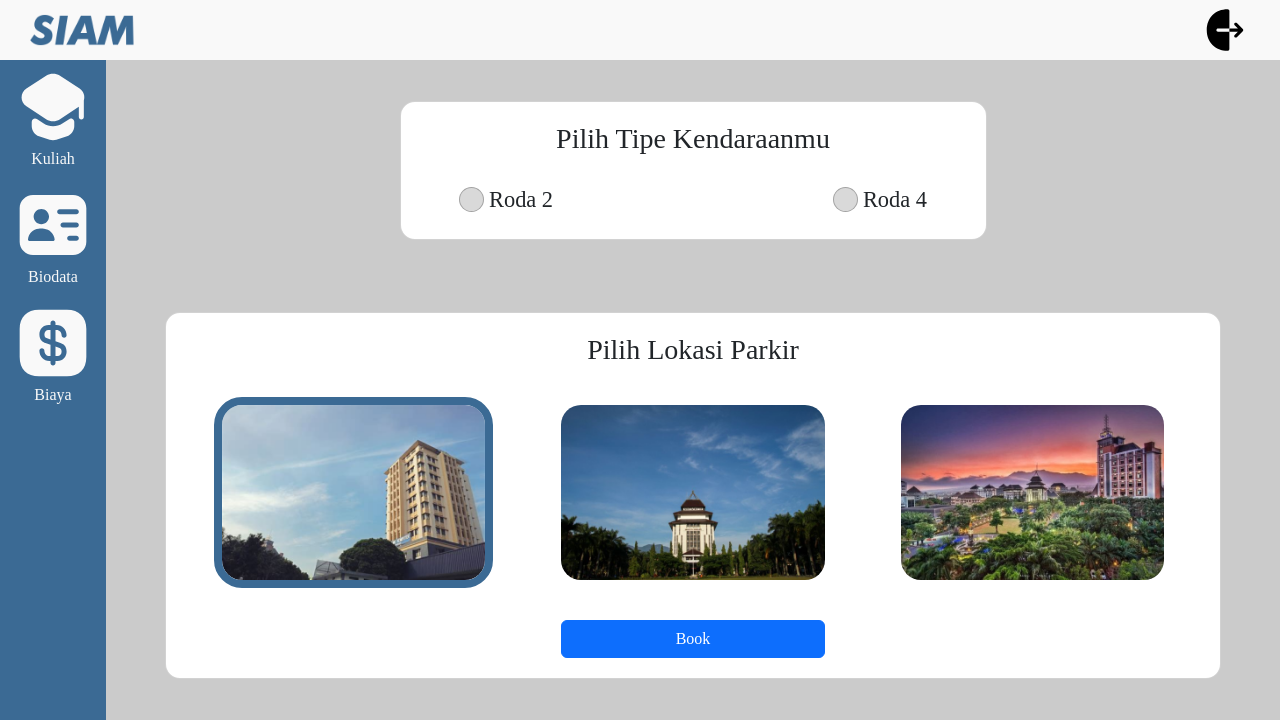
Repository: haikalirf/Project-IMK
Page: parkir.html
An editor plug-in stored every save of this project. The page is shown before and after the next save, followed by the edit.
The browser window is 1280 px wide. The pictures show the whole page.
After loading, the first visible `input.gambar-parkir` was clicked once.
Some web fonts or font styles are not loaded; a fallback is used.

Above is the page before, as saved 2022-12-12 23:58:44.

After the next save:
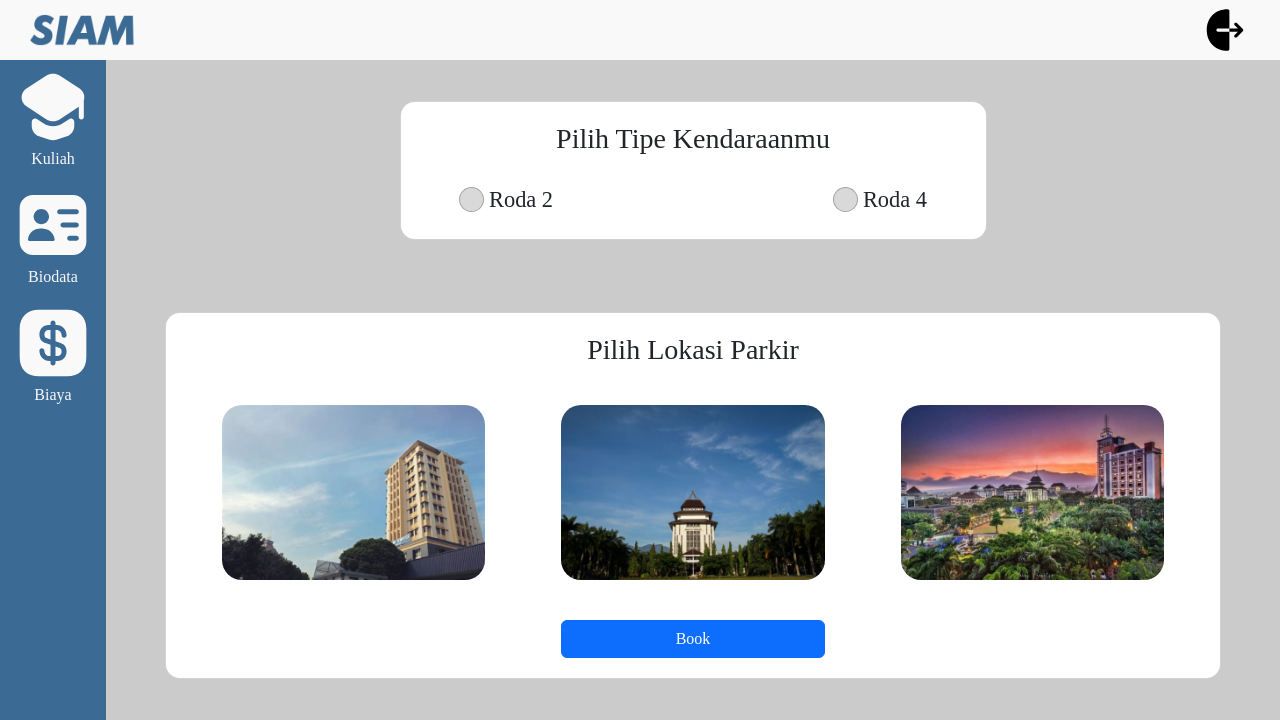
Saved 79 s later.
--- a/scripts/parkir.js
+++ b/scripts/parkir.js
@@ -1,6 +1,6 @@
 function border(image) {
-	var hasOutline = false
-	if (image.hasAttribute("style.outline") === null) {
+	var hasOutline = true
+	if (image.style.outline === null) {
 		hasOutline = false
 	}
 	const allImage = document.querySelectorAll('.gambar-parkir');

After the 3 saves that followed:
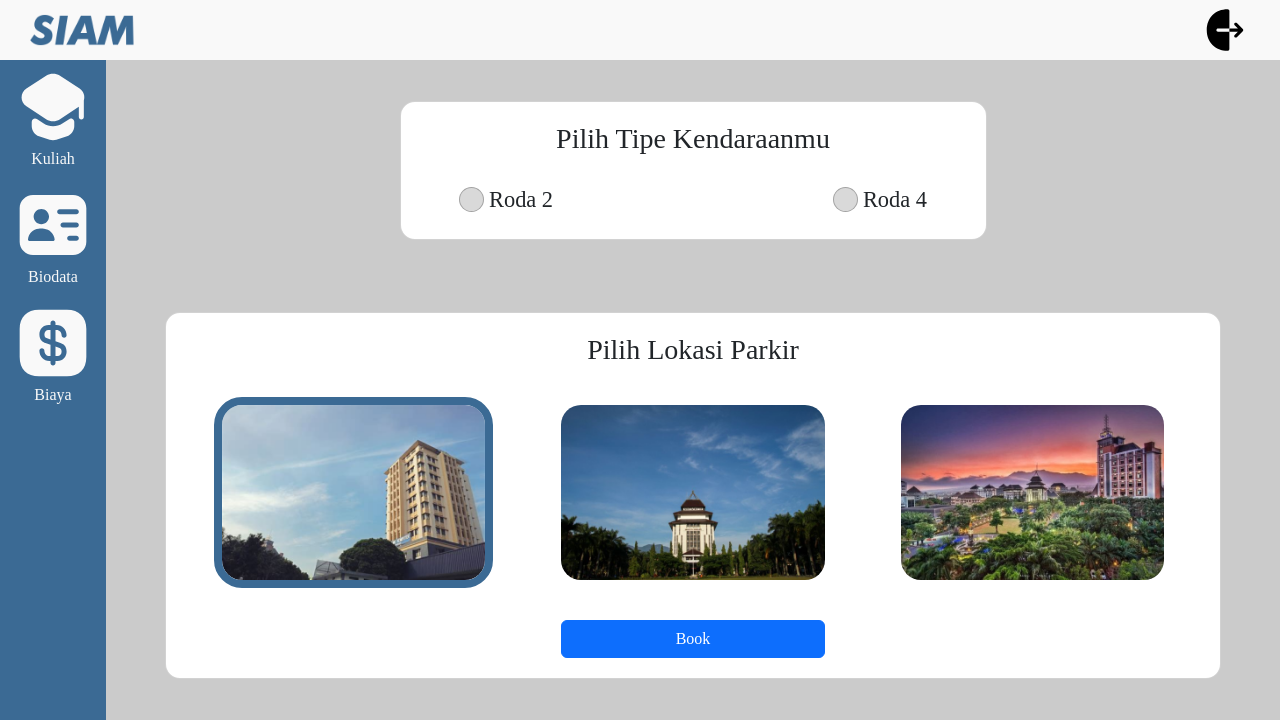
The 3 saves are shown as one change because 2 left the picture as it was.
The last was saved 2 min 45 s later.
--- a/scripts/parkir.js
+++ b/scripts/parkir.js
@@ -1,6 +1,9 @@
 function border(image) {
 	var hasOutline = true
-	if (image.style.outline === null) {
+	console.log(image.style.outline)
+	console.log("hehe")
+	if (image.style.outline === "") {
+		console.log("stuff")
 		hasOutline = false
 	}
 	const allImage = document.querySelectorAll('.gambar-parkir');
